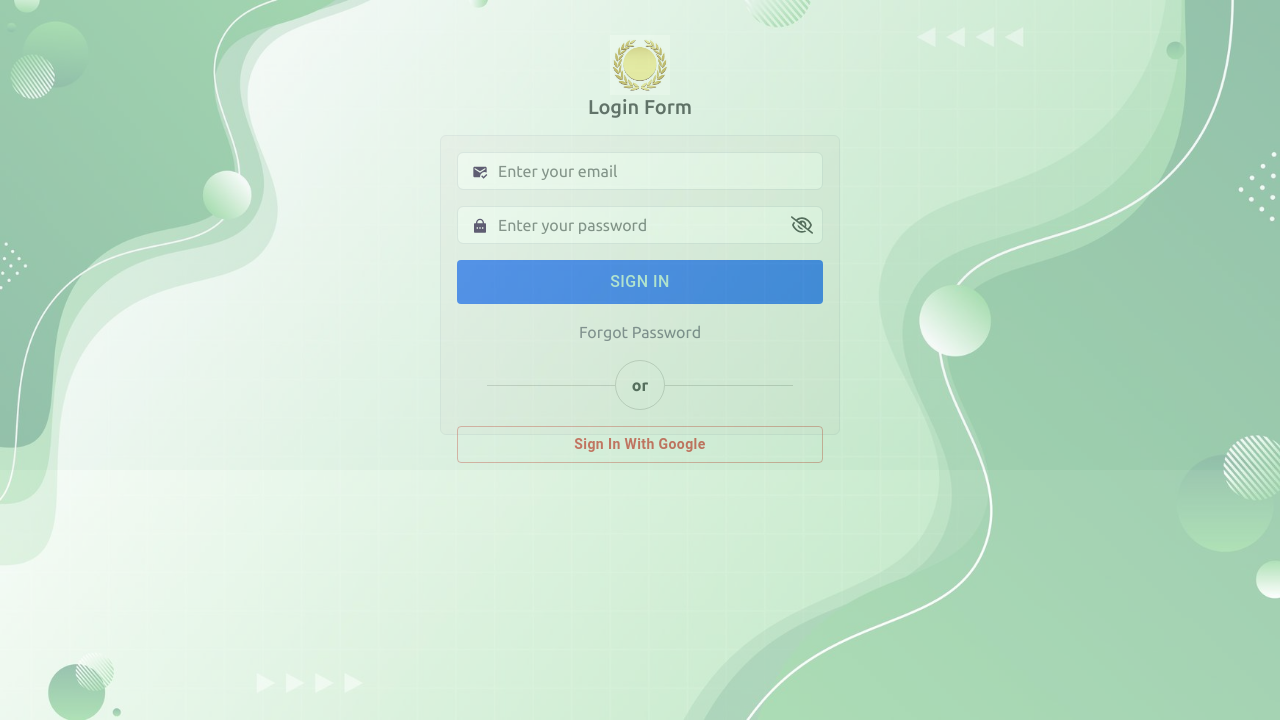
Repository: gautamsonam011/admin-react-dashboard
Page: /login
The author's editor kept a copy of each file at every save. The page is drawn from the files as they stood at one save, then again after the next save.
The browser window is 1280 px wide. The pictures show the whole page.
The project was rebuilt for these pictures with package versions that can differ from the ones it lists, and the page was loaded fresh each time. Also part of the build but not shown: src/components/DashboardBox.jsx, src/pages/Dashboard/Dashboard.jsx.

Above is the page before, as saved 2025-04-23 23:57:16.

After the next save:
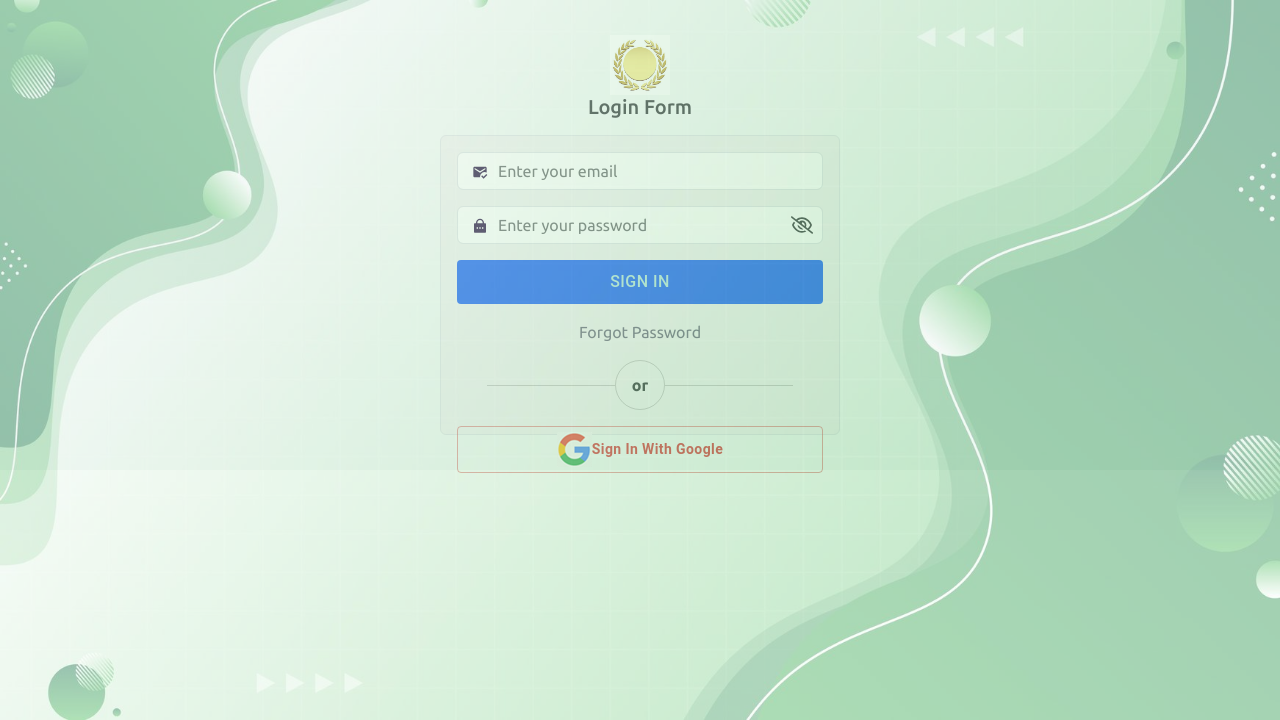
Saved 45 s later.
--- a/src/pages/Login/index.jsx
+++ b/src/pages/Login/index.jsx
@@ -60,7 +60,7 @@ const Login = () => {
                                     <span className='line'></span>
                                 </div>
 
-                                <Button variant="outlined" color="error" className='w-100 btn-lg loginwithGoogle'>Sign In with Google</Button>
+                                <Button variant="outlined" color="error" className='w-100 btn-lg loginwithGoogle'><img src={google} />Sign In with Google</Button>
                             </div>
                         </form>
                     </div>
